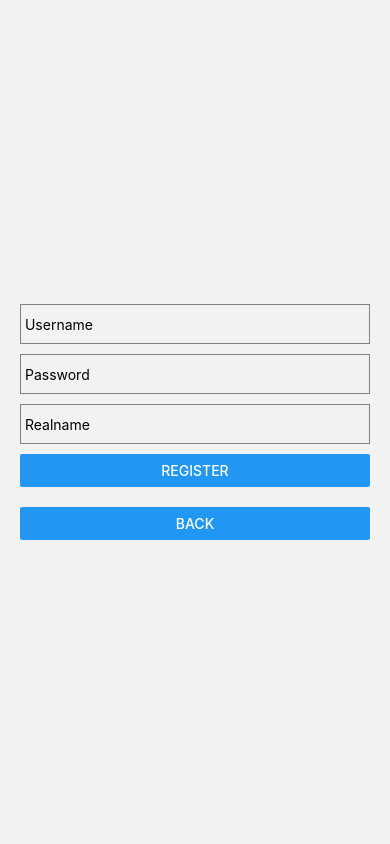
Repository: RidenShogunei/reactnative--make-an-app
Screen: /register (app in Myapp/)
An editor plug-in stored every save of this project. The screen is shown before and after the next save, followed by the edit.
The app was drawn by React Native's web renderer in a window 390 px wide. The project was rebuilt for these pictures with package versions that can differ from the ones it lists, and the page was loaded fresh each time. Also part of the build but not shown: Myapp/pages/main.jsx.

Above is the screen before, as saved 2024-04-20 20:50:22.

After the next save:
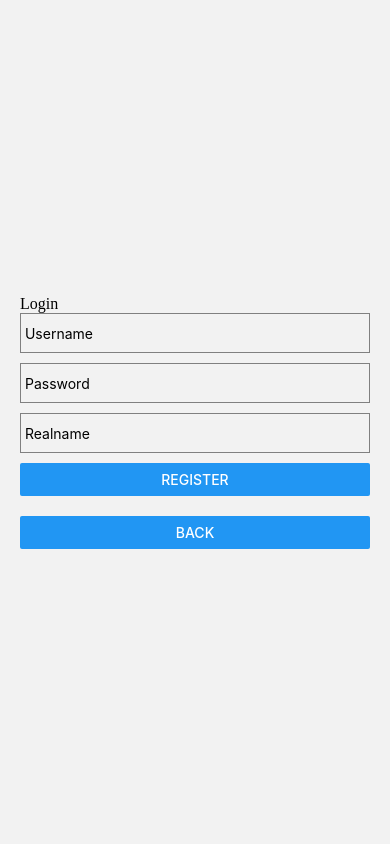
Saved 13 s later.
--- a/Myapp/pages/register.jsx
+++ b/Myapp/pages/register.jsx
@@ -29,7 +29,7 @@ const Register = () => {
 
   return (
     <View style={styles.container}>
-        <view style={styles.title}></view>
+        <view style={styles.title}>Login</view>
       <TextInput
         style={styles.input}
         placeholder=" Username"
